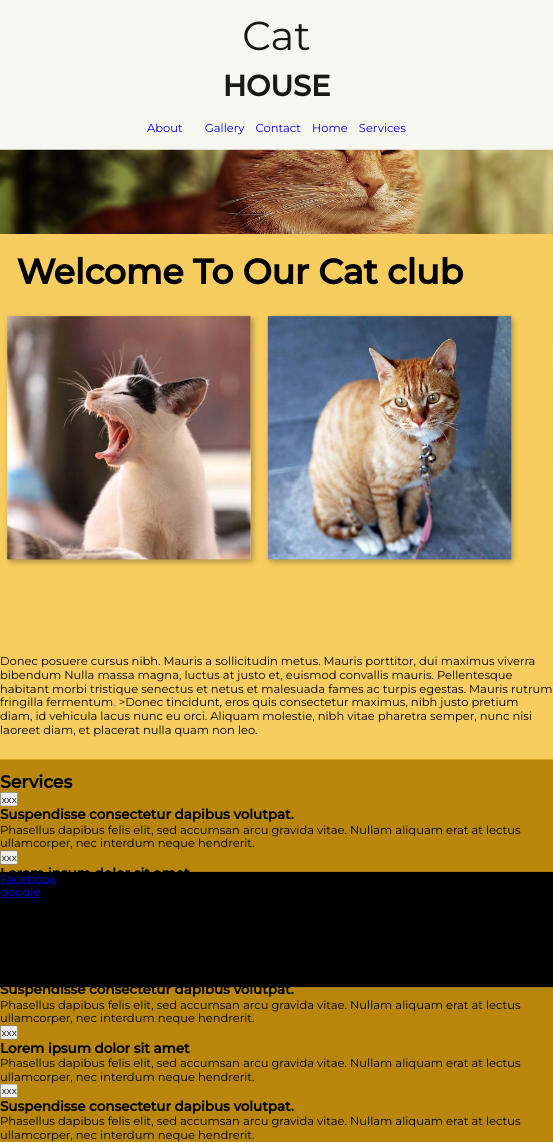
Repository: raul4264/final
Page: index.html
The author's editor kept a copy of each file at every save. The page is drawn from the files as they stood at one save, then again after the next save.
The browser window is 768 px wide. The pictures show the whole page, at 72% of full size.

Above is the page before, as saved 2021-03-28 14:25:00.

After the next save:
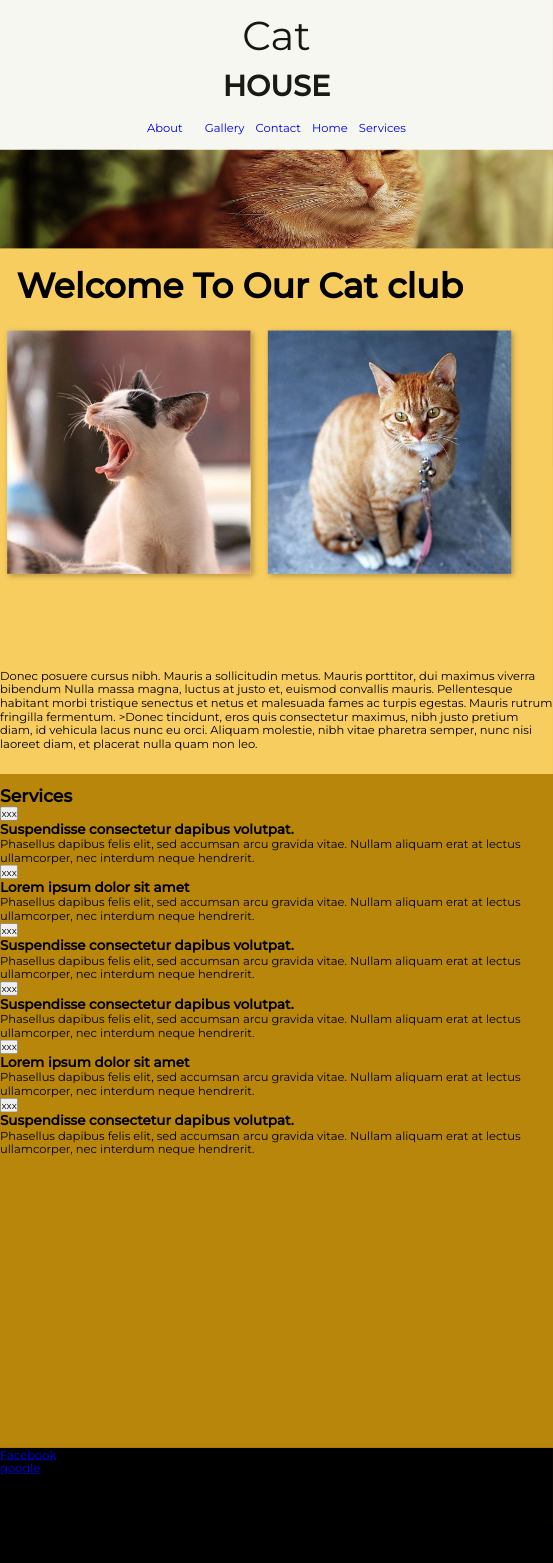
Saved 76 s later.
--- a/css/estilos.css
+++ b/css/estilos.css
@@ -408,17 +408,17 @@
         max-width: 44vw;
     }
     .services {
-      height: 40vh;
+      height: 0vh;
         background-color: darkgoldenrod;
         display: flex;
         flex-direction: column;
 
-
+        margin-bottom: 10px;
         padding-top: 2vh;
     }
 }
 footer{
-    margin-top: 0vh;
+    margin-top: 50vh;
     height: 20vh;
 }
 
